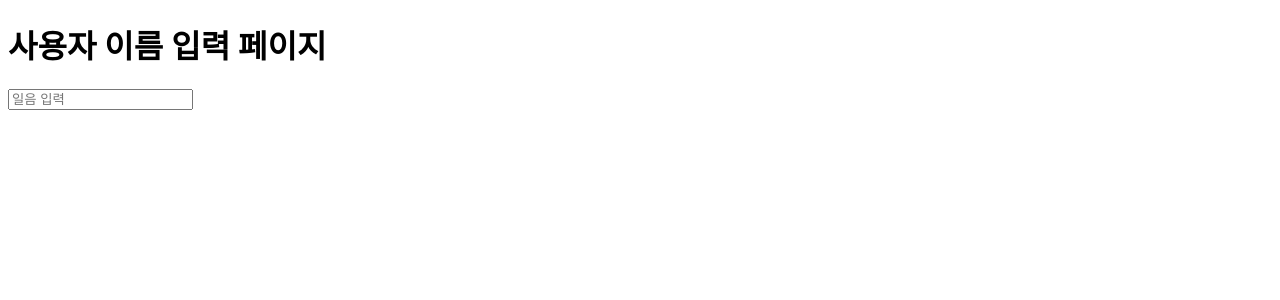
Repository: ljh5973/labweb
Page: http://localhost/JSP02/02_form.jsp
An editor plug-in stored every save of this project. The page is shown before and after the next save, followed by the edit.
The browser window is 1280 px wide. The pictures show the whole page.
The page is served by Tomcat 9.

Above is the page before, as saved 2022-01-07 03:10:00.

After the next save:
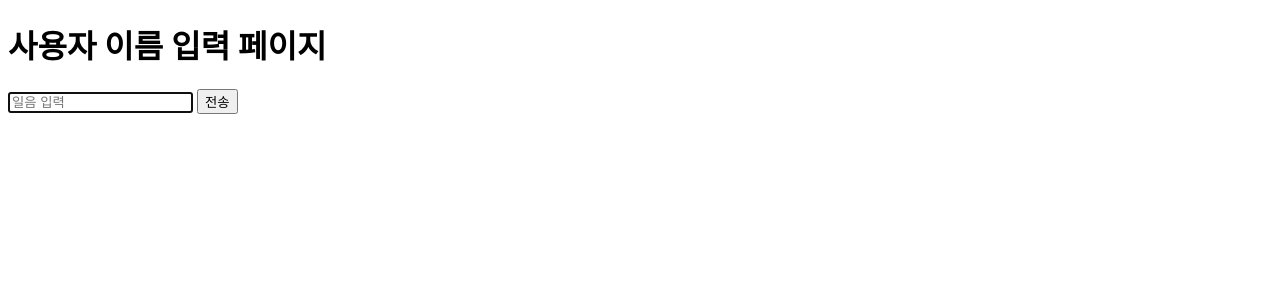
Saved 64 s later.
--- a/JSP02/webapp/02_form.jsp
+++ b/JSP02/webapp/02_form.jsp
@@ -12,7 +12,8 @@
 	<h1>사용자 이름 입력 페이지</h1>
 	<form action="02_result.jsp" method="get">
 
-		<input type="text" name="userName" placeholder="일음 입력">
+		<input type="text" name="userName" placeholder="일음 입력" autofocus required/>
+		<input type="submit" value="전송"/>
 	</form>
 	</body>
 </html>
